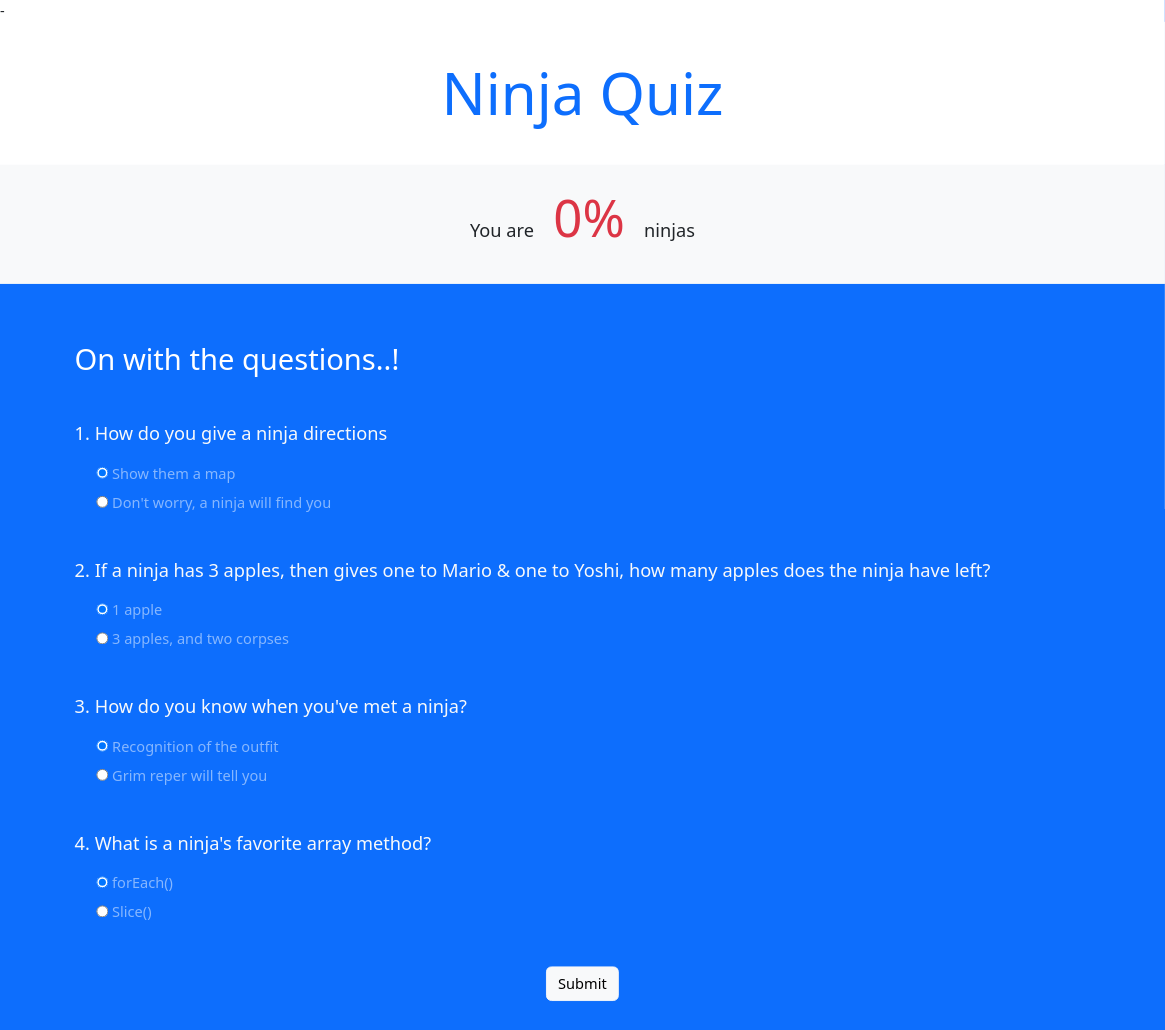
Repository: Programmer-RD-AI/Modern-JavaScript-Complete-guide-from-Novice-to-Ninja
Page: ninja_quiz/index.html
An editor plug-in stored every save of this project. The page is shown before and after a run of saves, followed by the edit.
The browser window is 1280 px wide. The pictures show the whole page, at 91% of full size.
After loading, the first visible `form.quiz-form` was submitted once.

Above is the page before, as saved 2023-12-26 16:27:17.
Console error: ReferenceError: closeInterval is not defined

After the next 2 saves:
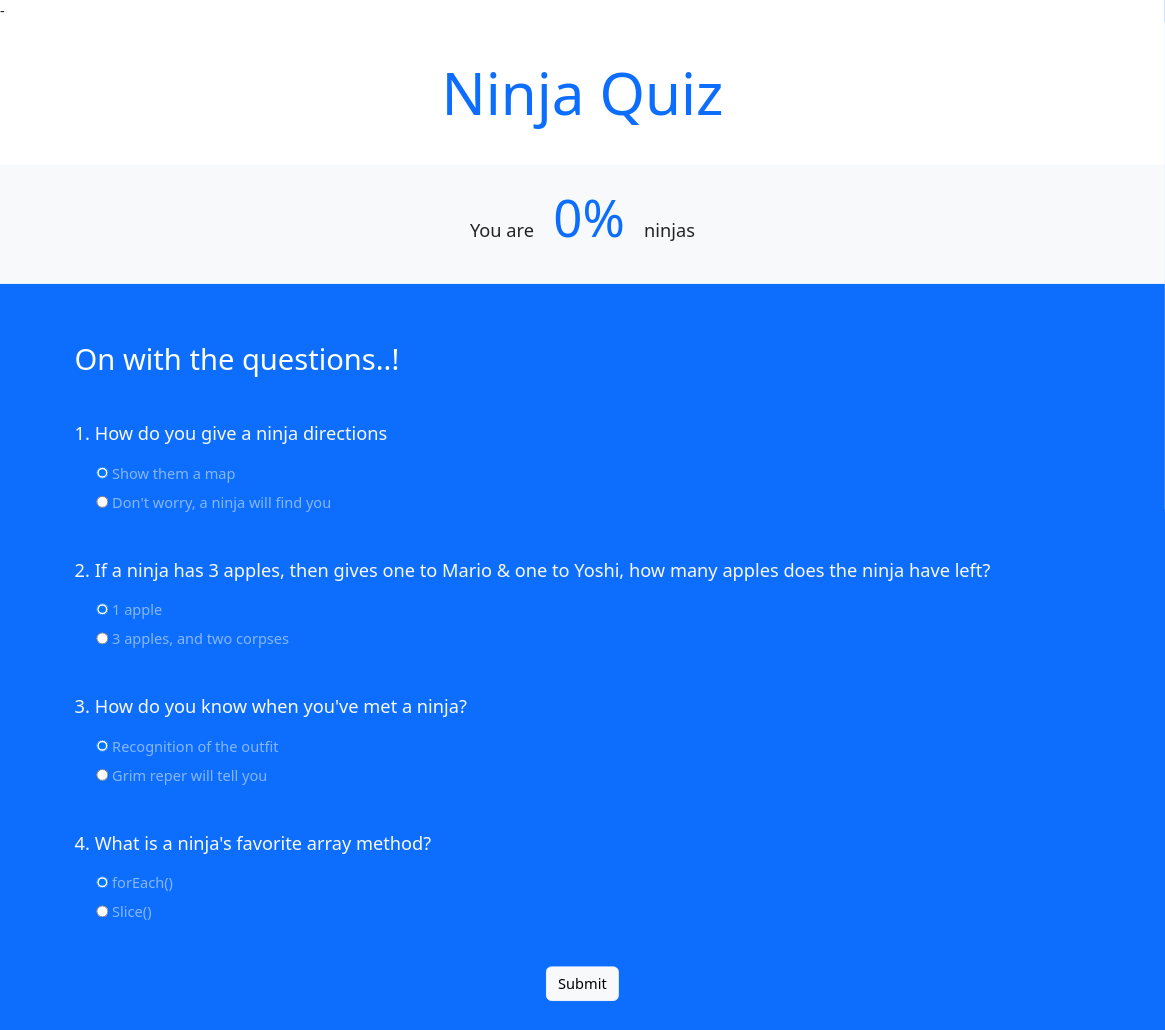
The 2 saves are shown as one change because they came seconds apart.
The last was saved 94 s later.
--- a/ninja_quiz/app.js
+++ b/ninja_quiz/app.js
@@ -21,6 +21,7 @@
   const timer = setInterval(() => {
     percentage.querySelector("span").textContent = `${i}%`;
     if (i === score) {
+      closeInterval(timer);
       percentage
         .querySelector("span")
         .classList.replace("text-primary", "text-danger");
@@ -29,7 +30,6 @@
           .querySelector("span")
           .classList.replace("text-danger", "text-primary");
       }, 1250);
-      closeInterval(timer);
     }
     i++;
   }, 75);

After the 4 saves that followed:
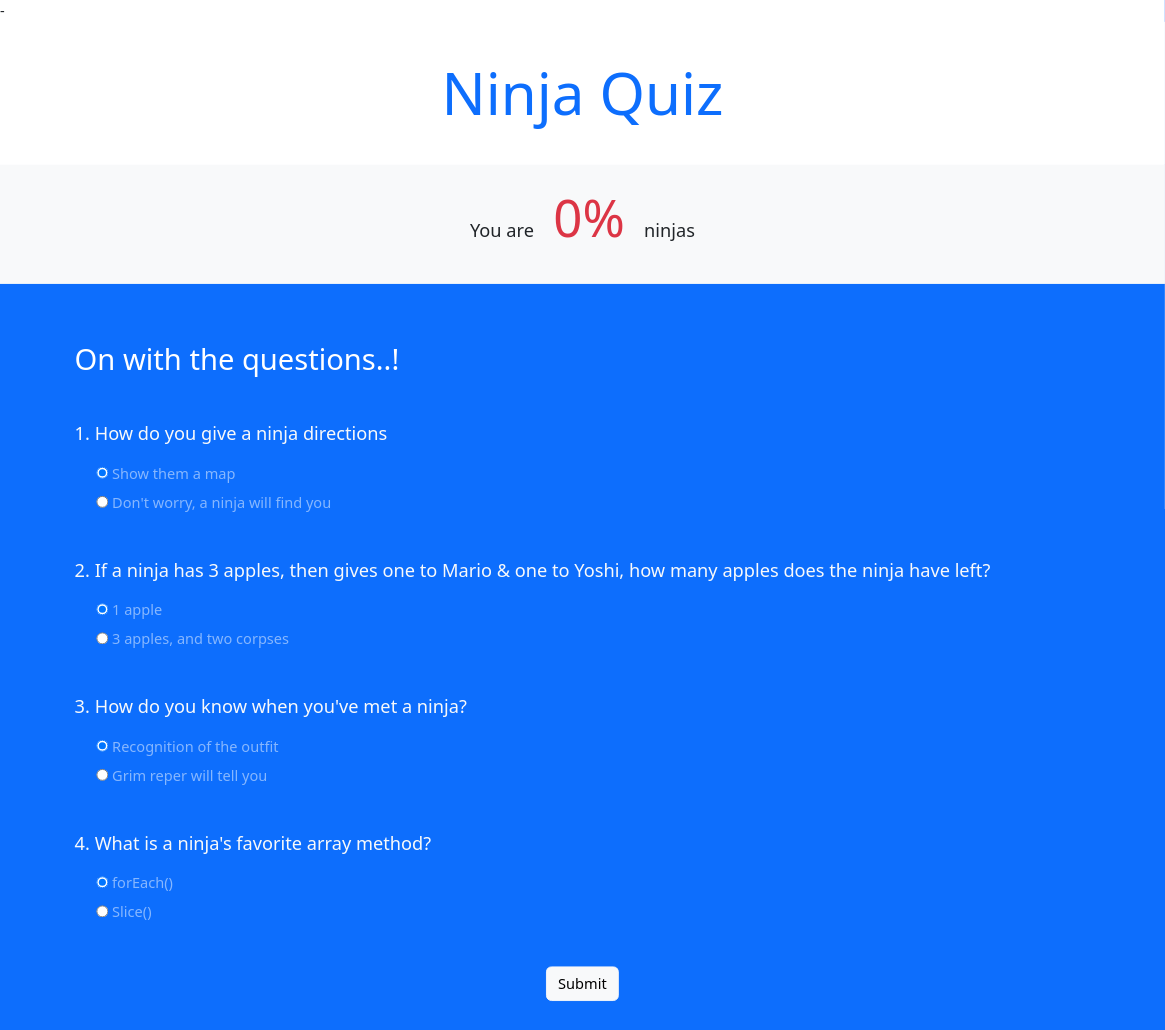
The 4 saves are shown as one change because 2 left the picture as it was and some came seconds apart.
The last was saved 24 s later.
--- a/ninja_quiz/app.js
+++ b/ninja_quiz/app.js
@@ -21,7 +21,6 @@
   const timer = setInterval(() => {
     percentage.querySelector("span").textContent = `${i}%`;
     if (i === score) {
-      closeInterval(timer);
       percentage
         .querySelector("span")
         .classList.replace("text-primary", "text-danger");
@@ -30,6 +29,7 @@
           .querySelector("span")
           .classList.replace("text-danger", "text-primary");
       }, 1250);
+      closeInterval(timer);
     }
     i++;
   }, 75);
